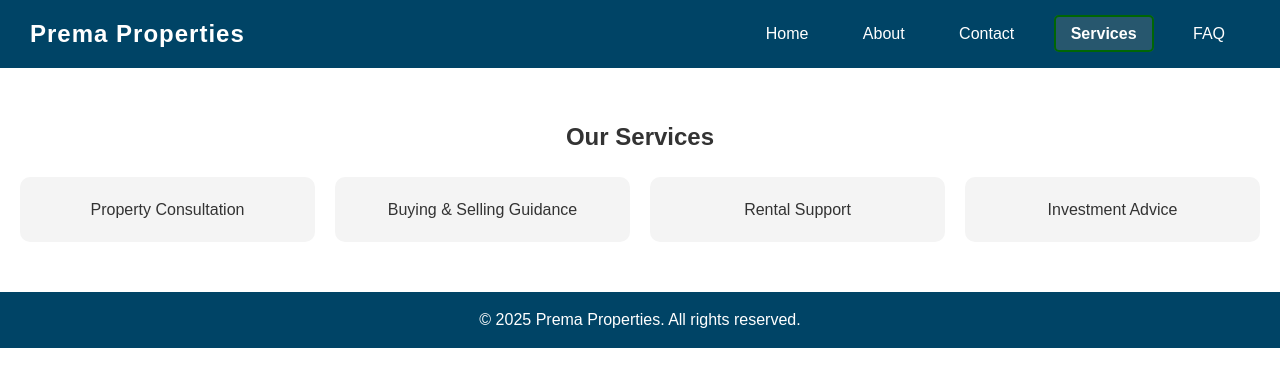
Repository: mnqobiMenzi/Prema-Properties
Page: services.html
These files come from the project's save history. The page is drawn as it stood at one moment and after the next save; the edit follows.
The browser window is 1280 px wide. The pictures show the whole page.

Above is the page before, as saved 2025-10-04 08:55:23.

### services.html
<!DOCTYPE html>
<html lang="en">
<head>
  <meta charset="UTF-8">
  <meta name="viewport" content="width=device-width, initial-scale=1.0">
  <title>Prema Properties</title>
  <link rel="stylesheet" href="CSS/style.css">
</head>
<body>

  <!-- Header / Navigation -->
  <header>
    <div class="logo">Prema Properties</div>
    <nav>
      <a href="index.html">Home</a>
      <a href="about-us.html">About</a>
      <a href="contact-us.html">Contact</a>
      <a href="#services" class="active">Services</a>
      <a href="FAQ.html">FAQ</a>
    </nav>
  </header>
  <!-- Services Section -->
  <section id="services" class="services">
    <h2>Our Services</h2>
    <div class="service-list">
      <div class="service">Property Consultation</div>
      <div class="service">Buying & Selling Guidance</div>
      <div class="service">Rental Support</div>
      <div class="service">Investment Advice</div>
    </div>
  </section>

  <!-- Footer -->
  <footer>
    <p>© 2025 Prema Properties. All rights reserved.</p>
  </footer>

</body>
</html>

### CSS/style.css
* {
  margin: 0;
  padding: 0;
  box-sizing: border-box;
  font-family: Arial, sans-serif;
}

body {
  line-height: 1.6;
  color: #333;
}

/* Header */
header {
  position: sticky;
  top: 0;
  display: flex;
  justify-content: space-between;
  align-items: center;
  padding: 15px 30px;
  background: #004466;
  color: #fff;
  z-index: 1000;
}
header .logo {
  font-size: 1.5em;
  font-weight: 700;
  font-family: 'Poppins', sans-serif;
  color: #fff;
  letter-spacing: 1px;
  display: flex;
  align-items: center;
}
header nav a {
  margin: 0 10px;
  color: #fff;
  padding: 8px 15px;
  border-radius: 5px;
  text-decoration: none;
  font-weight: 500;
  font-family: 'Poppins', sans-serif;
  transition: color 0.3s ease, border-bottom 0.3s ease;
}

header nav a:hover {
  color: #fff;
  background: rgba(128, 128, 128, 0.3);
  /* border-bottom: 2px solid #ffcc00; */
  padding-bottom: 3px;
}
/* Active link */
header nav a.active {
  background: rgba(128, 128, 128, 0.3);
  font-weight: bold;
  border: 2px solid #006605;
}
/* Hero */
.hero {
  background: url('https://source.unsplash.com/1600x600/?house,property') no-repeat center center/cover;
  color: white;
  text-align: center;
  padding: 100px 20px;
}
.hero h1 {
  font-size: 2.5em;
}
.hero .btn {
  display: inline-block;
  margin-top: 20px;
  padding: 10px 20px;
  background: #ff6600;
  color: white;
  border-radius: 5px;
  text-decoration: none;
}
.hero .btn:hover {
  background: #cc5200;
}

/* Sections */
section {
  padding: 50px 20px;
  text-align: center;
}
.services .service-list {
  display: grid;
  grid-template-columns: repeat(auto-fit, minmax(200px, 1fr));
  gap: 20px;
  margin-top: 20px;
}
.service {
  background: #f4f4f4;
  padding: 20px;
  border-radius: 10px;
}

/* Contact */
.contact form {
  display: flex;
  flex-direction: column;
  max-width: 400px;
  margin: auto;
}
.contact input, .contact textarea {
  margin-bottom: 15px;
  padding: 10px;
  border: 1px solid #ddd;
  border-radius: 5px;
}
.contact button {
  padding: 10px;
  border: none;
  background: #004466;
  color: white;
  cursor: pointer;
  border-radius: 5px;
}
.contact button:hover {
  background: #00334d;
}

/* Footer */
footer {
  background: #004466;
  color: #fff;
  text-align: center;
  padding: 15px;
}

After the next save:
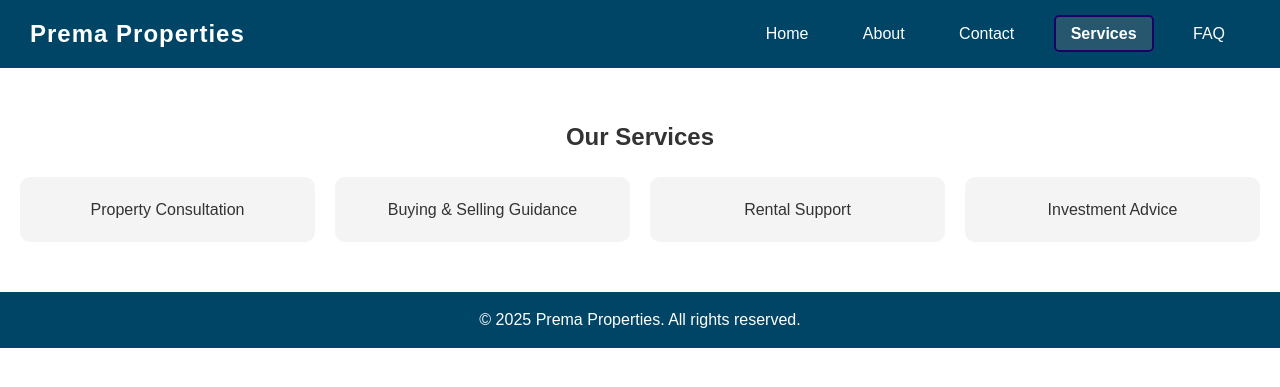
Saved 9 s later.
--- a/CSS/style.css
+++ b/CSS/style.css
@@ -52,7 +52,7 @@ header nav a:hover {
 header nav a.active {
   background: rgba(128, 128, 128, 0.3);
   font-weight: bold;
-  border: 2px solid #006605;
+  border: 2px solid #1b0066;
 }
 /* Hero */
 .hero {
